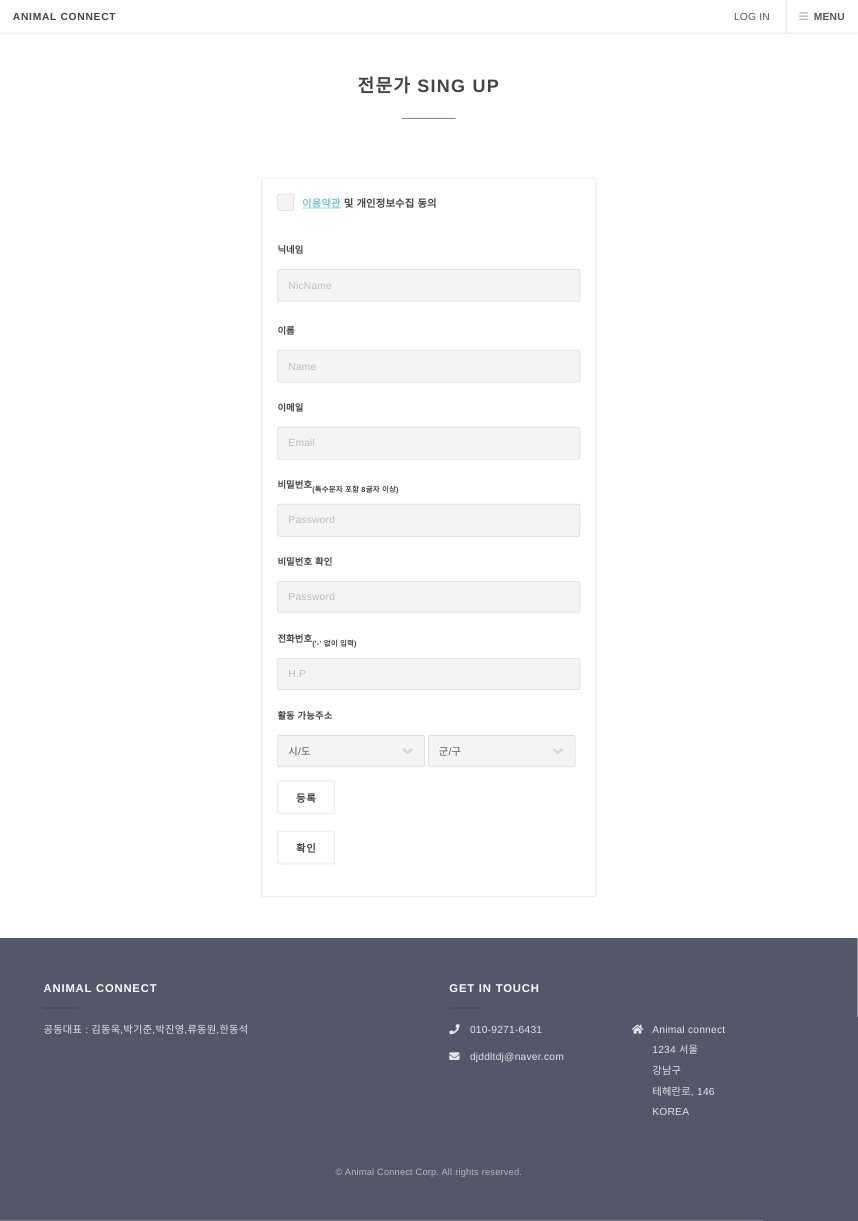
Repository: wnsdldla/git_local
Page: http://localhost/animalConnect/WEB-INF/views/animalConnect/member/proJoin.jsp
These files come from the project's save history. The page is drawn as it stood at one moment and after the next save; the edit follows.
The browser window is 1280 px wide. The pictures show the whole page, at 67% of full size.
Some web fonts or font styles are not loaded; a fallback is used. The page is served by Tomcat 9. Nobody is signed in. The template is opened directly, without the code that normally fills it, so the values that code supplies are empty.

Above is the page before, as saved 2020-12-15 05:37:28.

After the next save:
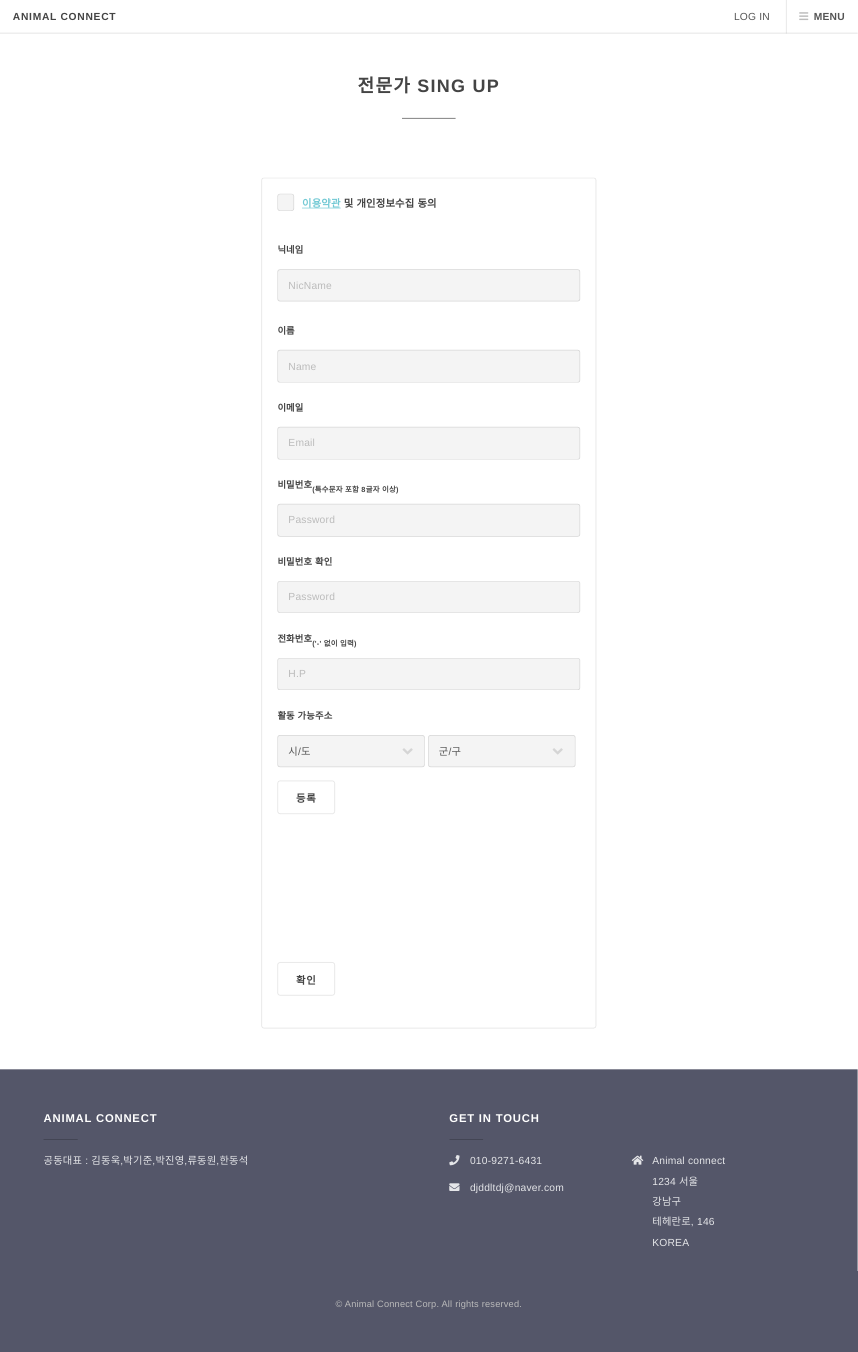
Saved 8 min 6 s later.
--- a/animalConnect/src/main/webapp/WEB-INF/views/animalConnect/member/proJoin.jsp
+++ b/animalConnect/src/main/webapp/WEB-INF/views/animalConnect/member/proJoin.jsp
@@ -72,7 +72,12 @@
       									<option value="">군/구</option>
     								</select>
     								<input id="map" type="button" value="등록" onclick="checkMap(sido1.value, gugun1.value)" style="margin-top: 20px;" >
-
+									<input name="newText1" value=""readonly style="display:block;border:none;">
+									<input name="newText2" value=""readonly style="display:block;border:none;">
+									<input name="newText3" value=""readonly style="display:block;border:none;">
+									<input name="newText4" value=""readonly style="display:block;border:none;">
+									<input name="newText5" value=""readonly style="display:block;border:none;">
+									<input name="newText1" value=""readonly style="display:block;border:none;">
 								</div>
 								<!--
 					<label style="text-align:left;">자격증 및 경력 증명서<sub>(필수)</sub></label>

After the save that followed:
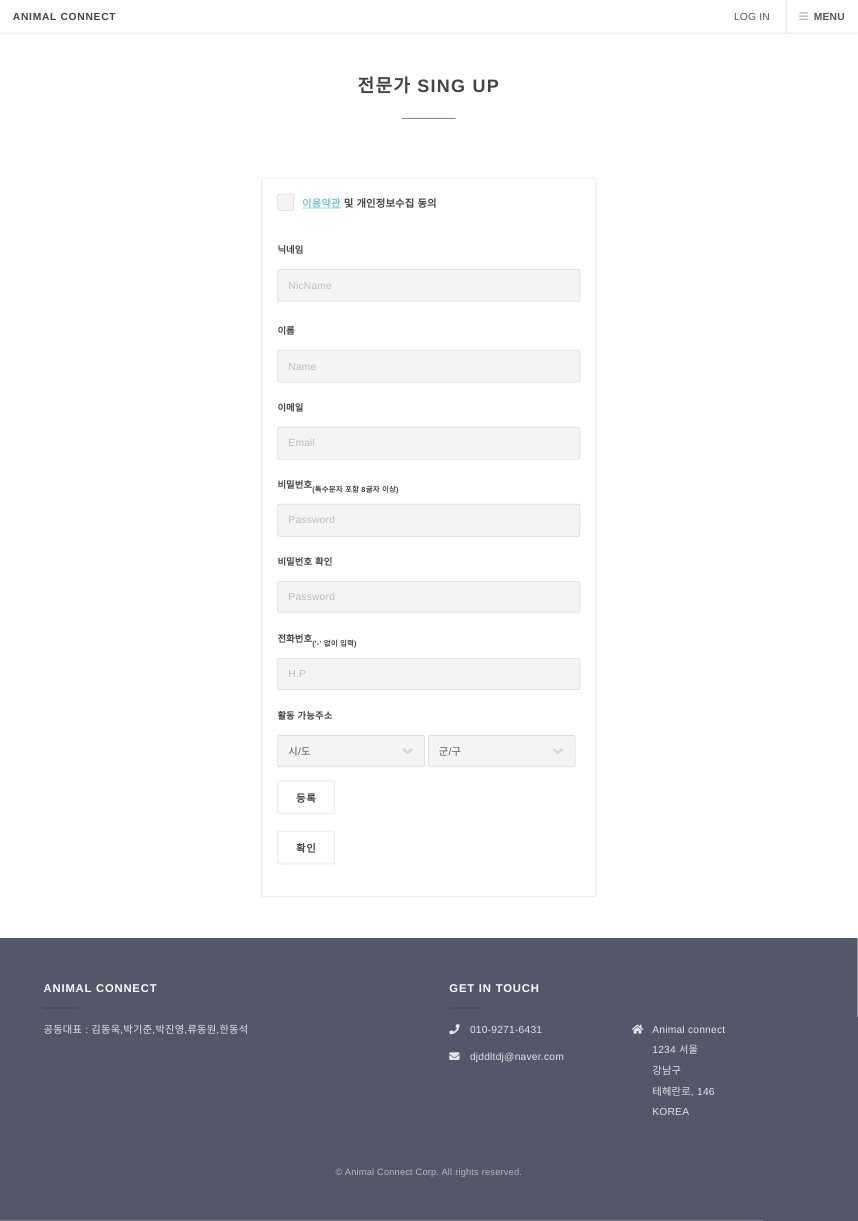
Saved 25 s later.
--- a/animalConnect/src/main/webapp/WEB-INF/views/animalConnect/member/proJoin.jsp
+++ b/animalConnect/src/main/webapp/WEB-INF/views/animalConnect/member/proJoin.jsp
@@ -72,12 +72,11 @@
       									<option value="">군/구</option>
     								</select>
     								<input id="map" type="button" value="등록" onclick="checkMap(sido1.value, gugun1.value)" style="margin-top: 20px;" >
-									<input name="newText1" value=""readonly style="display:block;border:none;">
-									<input name="newText2" value=""readonly style="display:block;border:none;">
-									<input name="newText3" value=""readonly style="display:block;border:none;">
-									<input name="newText4" value=""readonly style="display:block;border:none;">
-									<input name="newText5" value=""readonly style="display:block;border:none;">
-									<input name="newText1" value=""readonly style="display:block;border:none;">
+									<input type="hidden" name="newText1" value="" readonly style="display:block;border:none;">
+									<input type="hidden" name="newText2" value="" readonly style="display:block;border:none;">
+									<input type="hidden" name="newText3" value="" readonly style="display:block;border:none;">
+									<input type="hidden" name="newText4" value="" readonly style="display:block;border:none;">
+									<input type="hidden" name="newText5" value="" readonly style="display:block;border:none;">
 								</div>
 								<!--
 					<label style="text-align:left;">자격증 및 경력 증명서<sub>(필수)</sub></label>
